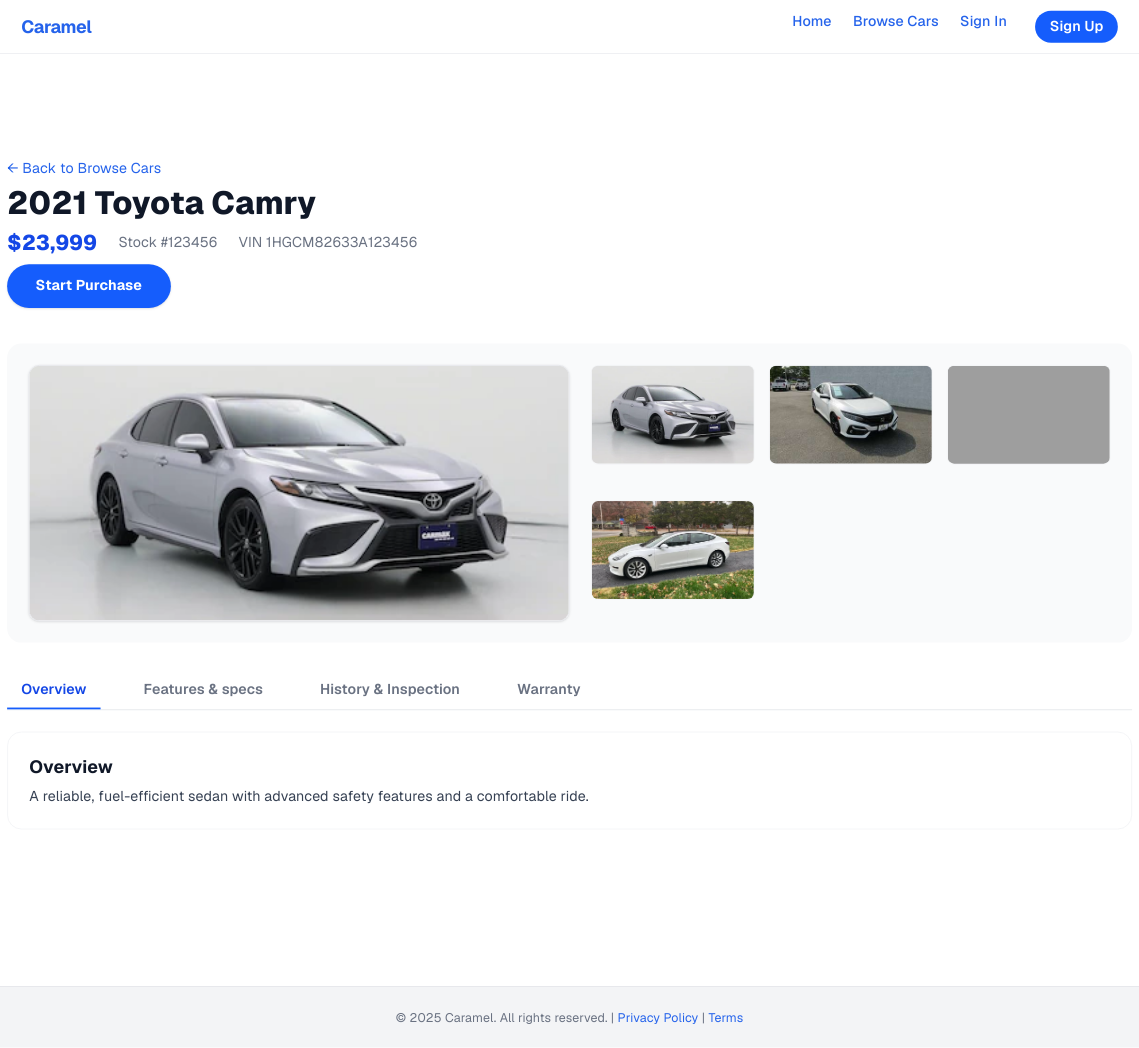
Repository: virat07/sellyourcar
Page: /cars/1
The author's editor kept a copy of each file at every save. The page is drawn from the files as they stood at one save, then again after the next save.
The browser window is 1280 px wide. The pictures show the whole page, at 89% of full size.
Pictures or frames that could not be fetched are drawn as grey boxes. The project was rebuilt for these pictures with package versions that can differ from the ones it lists, and the page was loaded fresh each time. The framework's server and built-in components were replaced by stand-ins that run in the browser. Also part of the build but not shown: next.config.ts.

Above is the page before, as saved 2025-07-18 15:44:53.

After the next save:
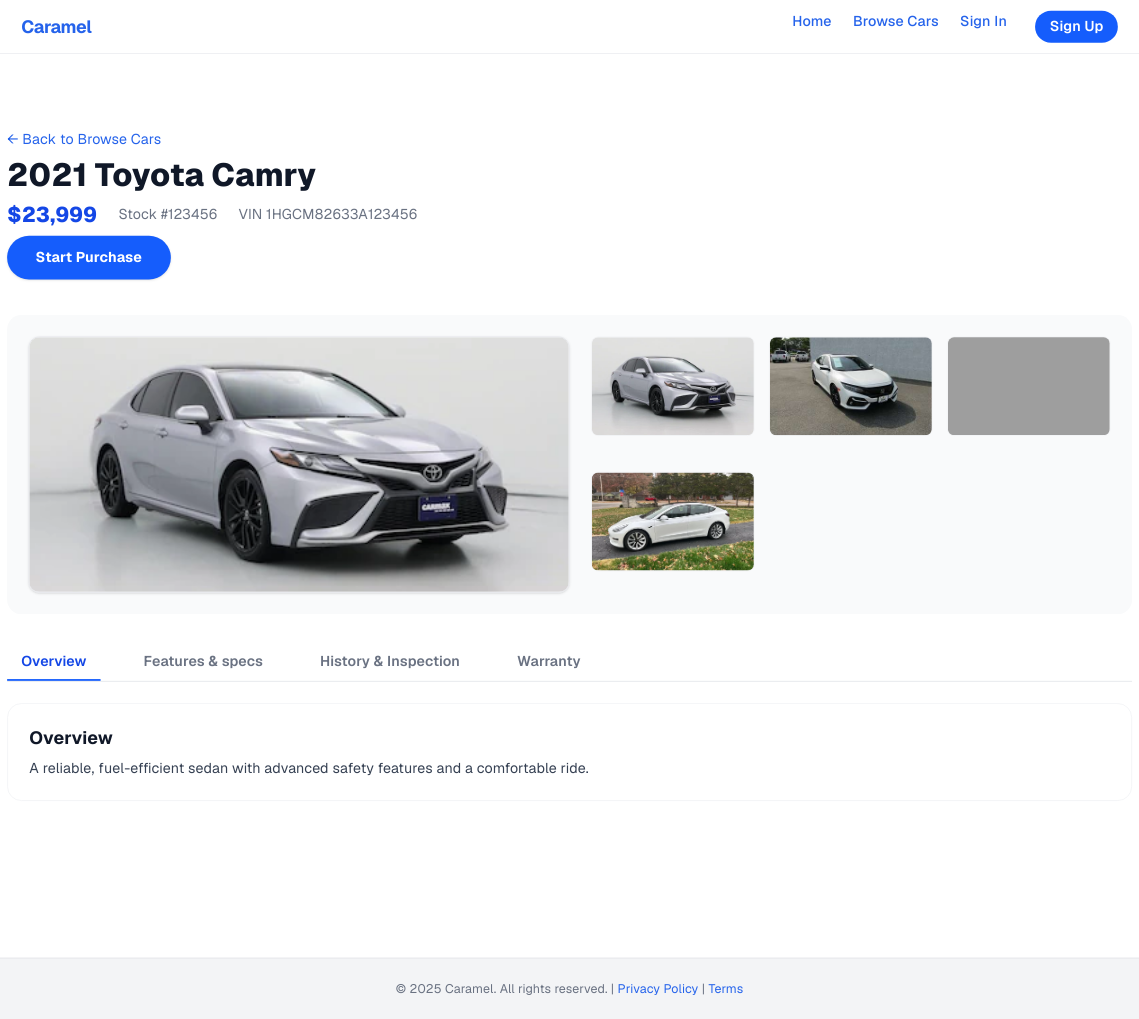
Saved 42 s later.
--- a/src/app/cars/[id]/page.tsx
+++ b/src/app/cars/[id]/page.tsx
@@ -161,7 +161,7 @@
   };
 
   return (
-    <main className="min-h-[90vh] pt-20 pb-16 px-2 bg-white">
+    <main className="min-h-[90vh] pt-12 pb-16 px-2 bg-white">
       <div className="max-w-7xl mx-auto w-full">
         {/* Top section: Title, price, info */}
         <div className="flex flex-col md:flex-row md:items-center md:justify-between gap-4 mb-6">
